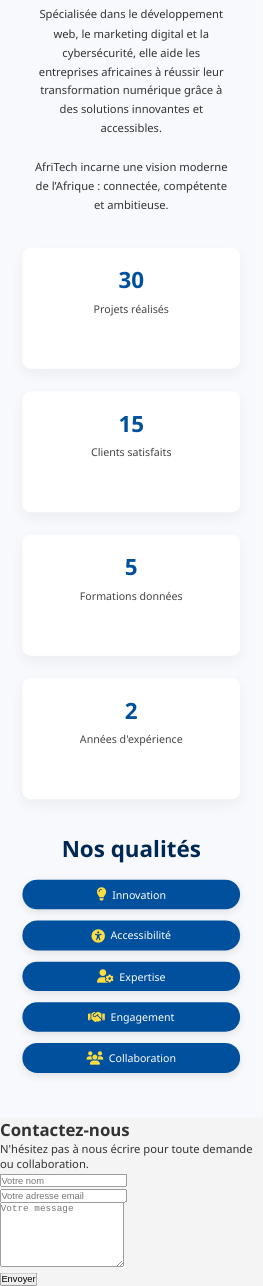
Repository: prestige225/AFRITECH
Page: index.html
An editor plug-in stored every save of this project. The page is shown before and after the next save, followed by the edit.
The browser window is 375 px wide. The pictures show the part of the page from y = 3247 to 5487 px (the page is 5084 px tall before and 5487 px after), at 70% of full size.

Above is the page before, as saved 2025-07-16 03:35:35.

### index.html

<!DOCTYPE html>
<html lang="en">
<head>
    <meta charset="UTF-8">
    <meta name="viewport" content="width=device-width, initial-scale=1.0">
    <!-- Font Awesome CDN -->
<link rel="stylesheet" href="https://cdnjs.cloudflare.com/ajax/libs/font-awesome/6.4.0/css/all.min.css">
    <link rel="stylesheet" href="style.css">

    <title>AFRITECH</title>
</head>
<body>
    <header>
        <div class="logo">
            <img src="image/logo.jpg" alt="AfanouTech Logo">
            <h1><span>AFRI</span>TECH</h1>
        </div>

         <!-- Bouton hamburger visible sur mobile -->
  <div class="menu-toggle" id="menu-toggle">
    <i class="fas fa-bars"></i>
  </div>


       <nav>
  <ul>
    <li><a href="index.html"><i class="fas fa-home"></i> Accueil</a></li>
    <li><a href="service.html"><i class="fas fa-tools"></i> Services</a></li>
    <li><a href="about.html"><i class="fas fa-info-circle"></i> À propos</a></li>
    <li><a href="contact.html"><i class="fas fa-envelope"></i> Contact</a></li>
    <li><a href="projet.html"><i class="fas fa-project-diagram"></i> Projets</a></li>
  </ul>
</nav>

    </header>

<!-- hero -->
 <section class="hero">
    <div class="hero-content">
        <h1>Solutions numériques innovantes pour l'Afrique</h1>

        <p>Nous créons des expériences web exceptionnelles et des stratégies marketing digitales qui propulsent votre entreprise vers le succès.</p>
        <a href="contact.html" class="btn">Contactez-nous</a>
        <a href="#" class="btn">Nos Services</a>

    </div>
    <div class="hero-image">
        <img src="image/emile.jpg" alt="Image d'accueil">
    </div>

    <div class="couleurpassante en design">

    </div>

 </section>


 <!-- SECTION SERVICES -->
  <section id="services" class="services-section">
            <h2>Nos Services</h2>
    <div class="services">

        <div class="service-item">
            <i class="fas fa-laptop-code"></i>
            <h3>Développement Web</h3>
            <p>Sites vitrines, e-commerce, applications web sur mesure adaptés à vos besoins spécifiques et optimisés pour tous les appareils.</p>
        </div>
        <div class="service-item">
            <i class="fas fa-mobile-alt"></i>
            <h3>Applications Mobiles</h3>
            <p>Développement d'applications mobiles natives et hybrides pour iOS et Android, offrant une expérience utilisateur exceptionnelle.</p>
        </div>
        <div class="service-item">
            <i class="fas fa-chart-line"></i>
            <h3>Marketing Digital</h3>
            <p>Stratégies de marketing digital personnalisées, SEO, publicité en ligne et gestion des réseaux sociaux pour augmenter votre visibilité.</p>
        </div>
        <div class="service-item">
            <i class="fas fa-shield-alt"></i>
            <h3>Cybersécurité</h3>
            <p>Solutions de sécurité avancées pour protéger vos données et votre infrastructure contre les menaces numériques.</p>
        </div>
        <div class="service-item">
            <i class="fas fa-palette"></i>
            <h3>Design UX/UI</h3>
            <p>Création d'interfaces utilisateur intuitives et esthétiques pour améliorer l'expérience de vos utilisateurs.</p>
        </div>

        <div class="service-item">
            <i class="fas fa-chalkboard-teacher"></i>
            <h3>Formation en Développement Informatique</h3>
            <p>Formations sur les technologies web, le développement d'applications et les meilleures pratiques en informatique.</p>
            </div>
    </div>
  </section>
<!-- SECTION apropos -->
<section id="about" class="about-section">
  <h2>À propos de nous</h2>
  <p>
    AfriTech Solutions est une agence numérique fondée par Emile Afanou, passionné de technologie et de développement digital.<br><br>
    Spécialisée dans le développement web, le marketing digital et la cybersécurité, elle aide les entreprises africaines à réussir leur transformation numérique grâce à des solutions innovantes et accessibles.<br><br>
    AfriTech incarne une vision moderne de l’Afrique : connectée, compétente et ambitieuse.
  </p>

  <!-- COMPTEURS -->
  <div class="counters">
    <div class="counter-box">
      <span class="counter" data-target="30">0</span>
      <p>Projets réalisés</p>
    </div>
    <div class="counter-box">
      <span class="counter" data-target="15">0</span>
      <p>Clients satisfaits</p>
    </div>
    <div class="counter-box">
      <span class="counter" data-target="5">0</span>
      <p>Formations données</p>
    </div>
    <div class="counter-box">
      <span class="counter" data-target="2">0</span>
      <p>Années d'expérience</p>
    </div>
  </div>

  <!-- NOS QUALITÉS -->
  <div class="nos-qualites">
    <h3>Nos qualités</h3>
    <ul>
      <li><i class="fas fa-lightbulb"></i> Innovation</li>
      <li><i class="fas fa-universal-access"></i> Accessibilité</li>
      <li><i class="fas fa-user-cog"></i> Expertise</li>
      <li><i class="fas fa-handshake"></i> Engagement</li>
      <li><i class="fas fa-users"></i> Collaboration</li>
    </ul>
  </div>
</section>


<section id="contact" class="contact-section">
  <h2>Contactez-nous</h2>
  <p>N'hésitez pas à nous écrire pour toute demande ou collaboration.</p>

  <form action="https://formspree.io/f/mabcxyz" method="POST">
    <div class="form-group">
      <input type="text" name="name" placeholder="Votre nom" required>
    </div>
    <div class="form-group">
      <input type="email" name="email" placeholder="Votre adresse email" required>
    </div>
    <div class="form-group">
      <textarea name="message" rows="6" placeholder="Votre message" required></textarea>
    </div>
    <button type="submit" class="btn">Envoyer</button>
  </form>
</section>



    <script src="index.js"></script>

    <!--  -->
</body>
</html>

### style.css

/* ========== RESET ========== */
* {
  margin: 0;
  padding: 0;
  box-sizing: border-box;
}

/* ========== GLOBAL ========== */
body {
  font-family: 'Segoe UI', sans-serif;
  background-color: #f4f4f4;
  color: #333;
}

/* ========== HEADER ========== */
header {
  background-color: #002855;
  color: white;
  padding: 1rem 2rem;
  display: flex;
  justify-content: space-between;
  align-items: center;
  flex-wrap: wrap;
  position: relative;
}

/* Logo */
.logo {
  display: flex;
  align-items: center;
  gap: 10px;
}

.logo img {
  width: 40px;
  height: 40px;
}

.logo h1 {
  font-size: 1.5rem;
  font-weight: bold;
}

.logo span {
  color: #ff8000;
}

/* Navigation */
nav ul {
  list-style: none;
  display: flex;
  gap: 1.5rem;
}

nav a {
  color: white;
  text-decoration: none;
  font-weight: 500;
  transition: 0.3s;
}

nav a:hover {
  color: #ff8000;
}

/* Hamburger button */
.menu-toggle {
  display: none;
  font-size: 1.8rem;
  color: white;
  cursor: pointer;
}

/* ========== RESPONSIVE ========== */
@media (max-width: 768px) {
  nav {
    width: 100%;
  }

  nav ul {
    flex-direction: column;
    background-color: #002855;
    position: absolute;
    top: 100%;
    left: 0;
    right: 0;
    display: none;
    padding: 1rem;
    z-index: 10;
  }

  nav ul.active {
    display: flex;
  }

  .menu-toggle {
    display: block;
  }
}
/* 🎯 SECTION HERO MODERNE */
.hero {
  display: flex;
  flex-wrap: wrap;
  align-items: center;
  justify-content: space-between;
  padding: 3rem 2rem;
  background: linear-gradient(to right, #002855, #00509e);
  color: white;
  position: relative;
  overflow: hidden;
}

/* Contenu texte */
.hero-content {
  flex: 1 1 50%;
  max-width: 600px;
  z-index: 1;
}

.hero-content h1 {
  font-size: 2.5rem;
  margin-bottom: 1rem;
}

.hero-content p {
  font-size: 1.1rem;
  margin-bottom: 2rem;
  line-height: 1.6;
}

/* Boutons */
.hero-content .btn {
  display: inline-block;
  background-color: #ff8000;
  color: white;
  padding: 0.8rem 1.5rem;
  margin-right: 1rem;
  border-radius: 5px;
  text-decoration: none;
  font-weight: bold;
  transition: background 0.3s ease;
}

.hero-content .btn:hover {
  background-color: #e67300;
}

/* Image d’accueil */
.hero-image {
  flex: 1 1 40%;
  text-align: center;
  z-index: 1;
}

.hero-image img {
  width: 100%;
  max-width: 400px;
  height: auto;
  border-radius: 15px;
}

/* Effet décoratif de fond (couleurpassante) */
.couleurpassante {
  position: absolute;
  top: -50px;
  right: -50px;
  width: 300px;
  height: 300px;
  background: radial-gradient(circle, #ffffff22, transparent 70%);
  border-radius: 50%;
  animation: flotter 10s infinite alternate;
  z-index: 0;
}

/* Animation douce */
@keyframes flotter {
  0% {
    transform: translateY(0) rotate(0deg);
  }
  100% {
    transform: translateY(20px) rotate(20deg);
  }
}

/* 📱 Responsive */
@media (max-width: 768px) {
  .hero {
    flex-direction: column;
    text-align: center;
  }

  .hero-content, .hero-image {
    flex: 1 1 100%;
    max-width: 100%;
  }

  .hero-content h1 {
    font-size: 2rem;
  }

  .hero-content p {
    font-size: 1rem;
  }

  .hero-content .btn {
    margin-bottom: 1rem;
  }
}


/* ========== SECTION SERVICES ========== */
.services-section {
  padding: 4rem 2rem;
  background: linear-gradient(to bottom right, #e6ecf5, #f7f9fc);
  text-align: center;
}

.services-section h2 {
  font-size: 2.5rem;
  margin-bottom: 3rem;
  color: #002855;
  font-weight: 700;
}

/* Container de toutes les cartes */
.services {
  display: grid;
  grid-template-columns: repeat(auto-fit, minmax(280px, 1fr));
  gap: 2rem;
  max-width: 1200px;
  margin: 0 auto;
}

/* Style individuel des services */
.service-item {
  background-color: #ffffff;
  border-radius: 12px;
  padding: 2rem 1.5rem;
  box-shadow: 0 8px 25px rgba(0, 0, 0, 0.05);
  transition: transform 0.3s ease, box-shadow 0.3s ease;
}

.service-item:hover {
  transform: translateY(-8px);
  box-shadow: 0 12px 30px rgba(0, 0, 0, 0.1);
}

/* Icône */
.service-item i {
  font-size: 2.8rem;
  color: #00509e;
  margin-bottom: 1rem;
}

/* Titre */
.service-item h3 {
  font-size: 1.3rem;
  margin-bottom: 0.8rem;
  color: #002855;
  font-weight: 600;
}

/* Paragraphe */
.service-item p {
  font-size: 1rem;
  line-height: 1.6;
  color: #444;
}


/* ===== SECTION À PROPOS ===== */
.about-section {
  padding: 4rem 2rem;
  text-align: center;
  background: #f7f9fc;
}

.about-section h2 {
  font-size: 2.5rem;
  color: #002855;
  margin-bottom: 1.5rem;
}

.about-section p {
  max-width: 900px;
  margin: 0 auto 3rem;
  font-size: 1.1rem;
  line-height: 1.8;
  color: #333;
}

/* ===== SECTION À PROPOS ===== */
.about-section {
  padding: 4rem 2rem;
  text-align: center;
  background: #f7f9fc;
  font-family: 'Segoe UI', Tahoma, Geneva, Verdana, sans-serif;
}

.about-section h2 {
  font-size: 2.5rem;
  color: #002855;
  margin-bottom: 1.5rem;
  font-weight: 700;
}

.about-section p {
  max-width: 900px;
  margin: 0 auto 3rem;
  font-size: 1.1rem;
  line-height: 1.7;
  color: #333;
}

.about-section {
  padding: 4rem 2rem;
  text-align: center;
  background: #f7f9fc;
  font-family: 'Segoe UI', Tahoma, Geneva, Verdana, sans-serif;
}

.about-section h2 {
  font-size: 2.5rem;
  color: #002855;
  margin-bottom: 1.5rem;
  font-weight: 700;
}

.about-section p {
  max-width: 900px;
  margin: 0 auto 3rem;
  font-size: 1.1rem;
  line-height: 1.7;
  color: #333;
}

/* Compteurs */
.counters {
  display: grid;
  grid-template-columns: repeat(auto-fit, minmax(160px, 1fr));
  gap: 2rem;
  max-width: 1000px;
  margin: 0 auto 3rem;
}

.counter-box {
  background: #fff;
  border-radius: 12px;
  padding: 1.5rem;
  box-shadow: 0 8px 20px rgba(0, 0, 0, 0.05);
  transition: transform 0.3s ease;
}

.counter-box:hover {
  transform: translateY(-5px);
}

.counter {
  font-size: 2.5rem;
  font-weight: 700;
  color: #00509e;
  display: block;
}

.counter-box p {
  margin-top: 0.5rem;
  font-size: 1rem;
  color: #444;
}

/* Nos qualités */
.nos-qualites {
  margin-top: 3rem;
  max-width: 800px;
  margin-left: auto;
  margin-right: auto;
  text-align: center;
}

.nos-qualites h3 {
  font-size: 2rem;
  color: #002855;
  margin-bottom: 1.5rem;
  font-weight: 700;
}

.nos-qualites ul {
  list-style: none;
  padding: 0;
  display: flex;
  flex-wrap: wrap;
  justify-content: center;
  gap: 1rem;
}

.nos-qualites li {
  background-color: #00509e;
  color: #fff;
  padding: 0.8rem 1.5rem;
  border-radius: 25px;
  font-size: 1rem;
  font-weight: 500;
  box-shadow: 0 4px 12px rgba(0, 0, 0, 0.1);
  display: flex;
  align-items: center;
  gap: 0.5rem;
  transition: background 0.3s ease;
}

.nos-qualites li:hover {
  background-color: #003f7f;
}

.nos-qualites li i {
  color: #ffdd40;
  font-size: 1.2rem;
}

/* Responsive */
@media (max-width: 768px) {
  .about-section h2 {
    font-size: 2rem;
  }

  .about-section p {
    font-size: 1rem;
    padding: 0 1rem;
  }

  .counter {
    font-size: 2rem;
  }

  .counter-box p {
    font-size: 0.95rem;
  }

  .nos-qualites li {
    font-size: 0.95rem;
    padding: 0.7rem 1.2rem;
  }
}

@media (max-width: 480px) {
  .counters {
    grid-template-columns: 1fr;
  }

  .nos-qualites ul {
    flex-direction: column;
    gap: 1rem;
  }

  .nos-qualites li {
    justify-content: center;
  }
}

### index.js

// script.js

// Récupération des éléments
const toggleBtn = document.getElementById("menu-toggle");
const navMenu = document.querySelector("nav ul");

// Écoute du clic sur le bouton menu
toggleBtn.addEventListener("click", () => {
  navMenu.classList.toggle("active");
});


const counters = document.querySelectorAll('.counter');

  counters.forEach(counter => {
    const updateCount = () => {
      const target = +counter.getAttribute('data-target');
      const count = +counter.innerText;
      const speed = 100; // Plus petit = plus rapide

      const increment = Math.ceil(target / speed);

      if (count < target) {
        counter.innerText = count + increment;
        setTimeout(updateCount, 30);
      } else {
        counter.innerText = target;
      }
    };

    updateCount();
  });

After the next save:
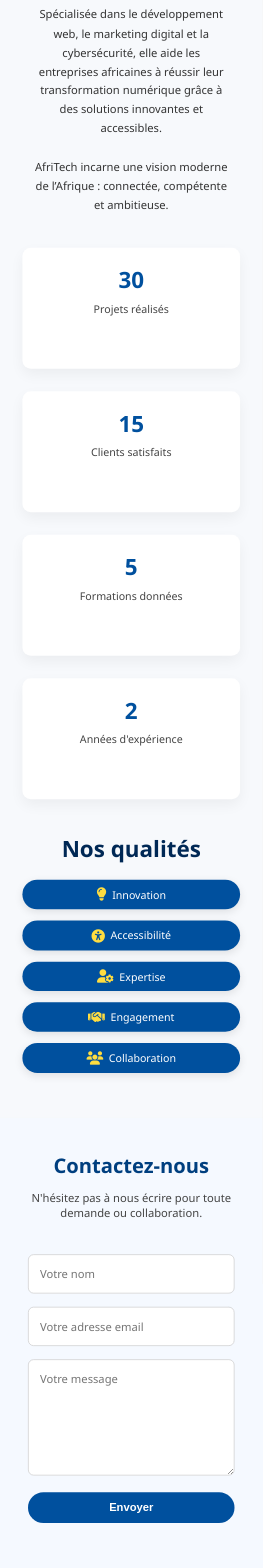
Saved 36 s later.
--- a/style.css
+++ b/style.css
@@ -456,3 +456,100 @@
     justify-content: center;
   }
 }
+
+
+/* ===== SECTION CONTACT ===== */
+.contact-section {
+  padding: 4rem 2rem;
+  background-color: #f5f9ff;
+  text-align: center;
+}
+
+.contact-section h2 {
+  font-size: 2.5rem;
+  margin-bottom: 1rem;
+  color: #003f7f;
+}
+
+.contact-section p {
+  max-width: 600px;
+  margin: 0 auto 2rem;
+  font-size: 1.1rem;
+  color: #444;
+}
+
+form {
+  max-width: 600px;
+  margin: 0 auto;
+  display: flex;
+  flex-direction: column;
+  gap: 1.2rem;
+  padding: 1rem;
+}
+
+.form-group {
+  width: 100%;
+}
+
+input, textarea {
+  width: 100%;
+  padding: 1rem;
+  border: 1px solid #ccc;
+  border-radius: 8px;
+  font-size: 1rem;
+  outline: none;
+  font-family: inherit;
+  transition: border-color 0.3s ease;
+}
+
+input:focus,
+textarea:focus {
+  border-color: #00509e;
+}
+
+button.btn {
+  background-color: #00509e;
+  color: #fff;
+  padding: 0.9rem;
+  border: none;
+  border-radius: 30px;
+  font-size: 1rem;
+  font-weight: bold;
+  cursor: pointer;
+  transition: background-color 0.3s;
+}
+
+button.btn:hover {
+  background-color: #003f7f;
+}
+
+/* Responsive design */
+@media screen and (max-width: 768px) {
+  .contact-section {
+    padding: 3rem 1.5rem;
+  }
+
+  .contact-section h2 {
+    font-size: 2rem;
+  }
+
+  input,
+  textarea {
+    font-size: 1rem;
+  }
+
+  button.btn {
+    font-size: 1rem;
+    padding: 0.8rem;
+  }
+}
+
+@media screen and (max-width: 480px) {
+  .contact-section h2 {
+    font-size: 1.8rem;
+  }
+
+  .contact-section p {
+    font-size: 1rem;
+  }
+}

After the save that followed:
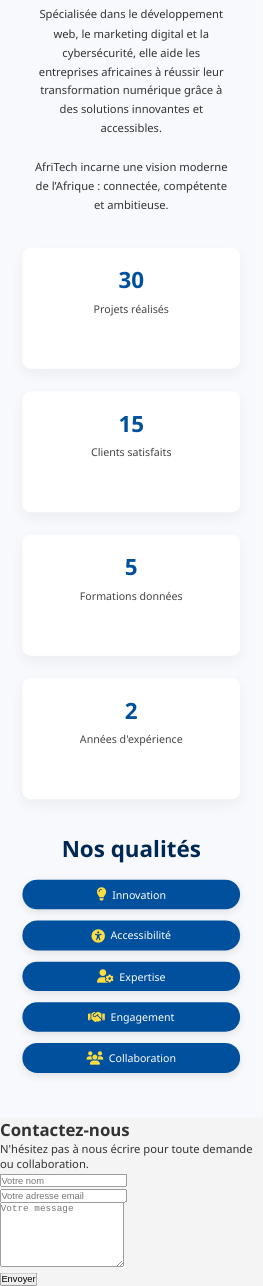
Saved 76 s later.
--- a/style.css
+++ b/style.css
@@ -456,100 +456,3 @@
     justify-content: center;
   }
 }
-
-
-/* ===== SECTION CONTACT ===== */
-.contact-section {
-  padding: 4rem 2rem;
-  background-color: #f5f9ff;
-  text-align: center;
-}
-
-.contact-section h2 {
-  font-size: 2.5rem;
-  margin-bottom: 1rem;
-  color: #003f7f;
-}
-
-.contact-section p {
-  max-width: 600px;
-  margin: 0 auto 2rem;
-  font-size: 1.1rem;
-  color: #444;
-}
-
-form {
-  max-width: 600px;
-  margin: 0 auto;
-  display: flex;
-  flex-direction: column;
-  gap: 1.2rem;
-  padding: 1rem;
-}
-
-.form-group {
-  width: 100%;
-}
-
-input, textarea {
-  width: 100%;
-  padding: 1rem;
-  border: 1px solid #ccc;
-  border-radius: 8px;
-  font-size: 1rem;
-  outline: none;
-  font-family: inherit;
-  transition: border-color 0.3s ease;
-}
-
-input:focus,
-textarea:focus {
-  border-color: #00509e;
-}
-
-button.btn {
-  background-color: #00509e;
-  color: #fff;
-  padding: 0.9rem;
-  border: none;
-  border-radius: 30px;
-  font-size: 1rem;
-  font-weight: bold;
-  cursor: pointer;
-  transition: background-color 0.3s;
-}
-
-button.btn:hover {
-  background-color: #003f7f;
-}
-
-/* Responsive design */
-@media screen and (max-width: 768px) {
-  .contact-section {
-    padding: 3rem 1.5rem;
-  }
-
-  .contact-section h2 {
-    font-size: 2rem;
-  }
-
-  input,
-  textarea {
-    font-size: 1rem;
-  }
-
-  button.btn {
-    font-size: 1rem;
-    padding: 0.8rem;
-  }
-}
-
-@media screen and (max-width: 480px) {
-  .contact-section h2 {
-    font-size: 1.8rem;
-  }
-
-  .contact-section p {
-    font-size: 1rem;
-  }
-}
